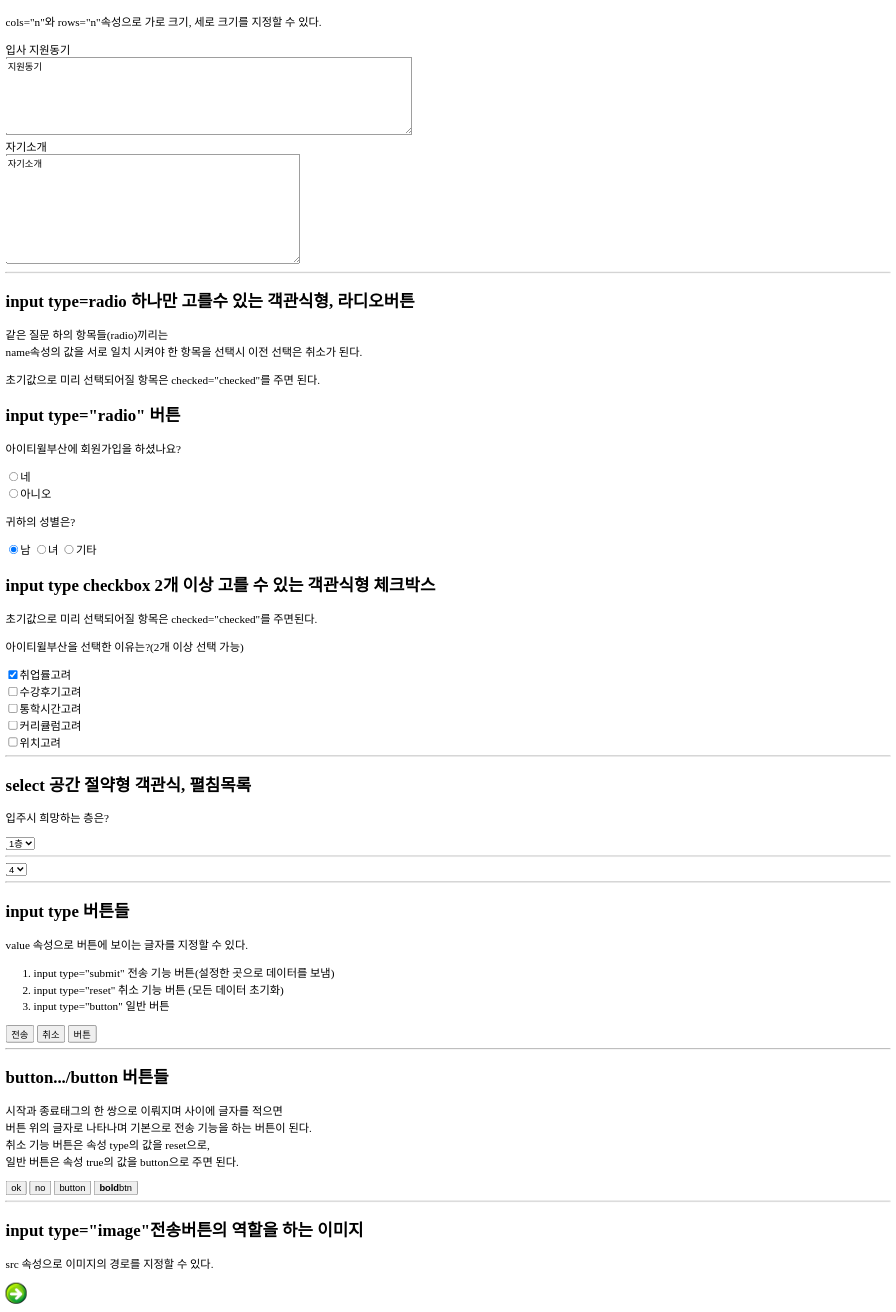
Repository: ReadStar/Web
Page: Html/html5/WebContent/form-1.html
The author's editor kept a copy of each file at every save. The page is drawn from the files as they stood at one save, then again after the next save.
The browser window is 1280 px wide. The pictures show the part of the page from y = 679 to 2599 px (the page is 2553 px tall before and 2599 px after), at 70% of full size.

Above is the page before, as saved 2020-08-06 08:31:13.

After the next save:
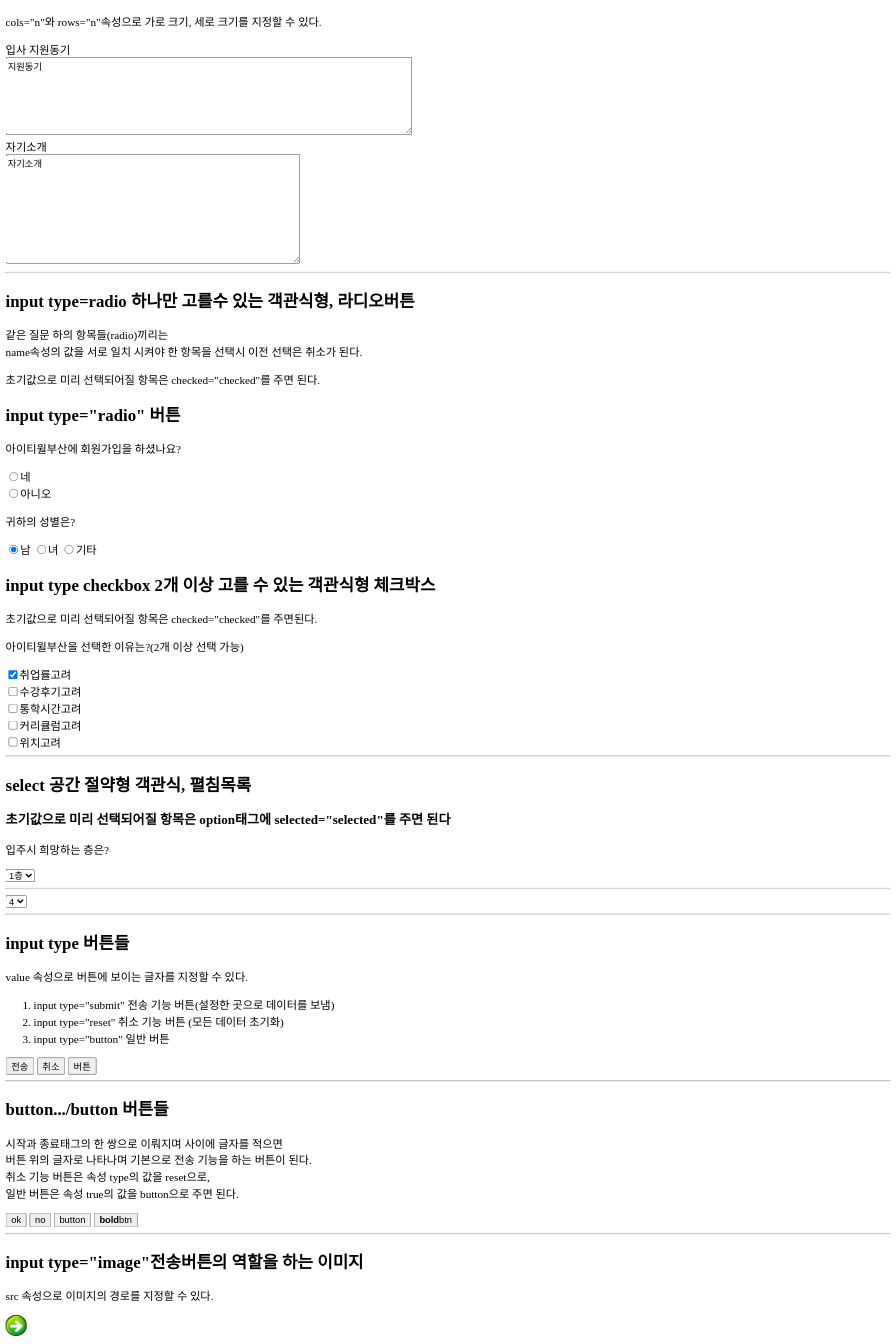
Saved 2 min 24 s later.
--- a/Html/html5/WebContent/form-1.html
+++ b/Html/html5/WebContent/form-1.html
@@ -62,6 +62,7 @@
 <label><input type="checkbox" name="check">위치고려</label><br>
 <hr>
 <h2>select 공간 절약형 객관식, 펼침목록</h2>
+<h3>초기값으로 미리 선택되어질 항목은 option태그에 selected="selected"를 주면 된다</h3>
 <p>입주시 희망하는 층은?</p>
 <select>
 <option>1층</option>
